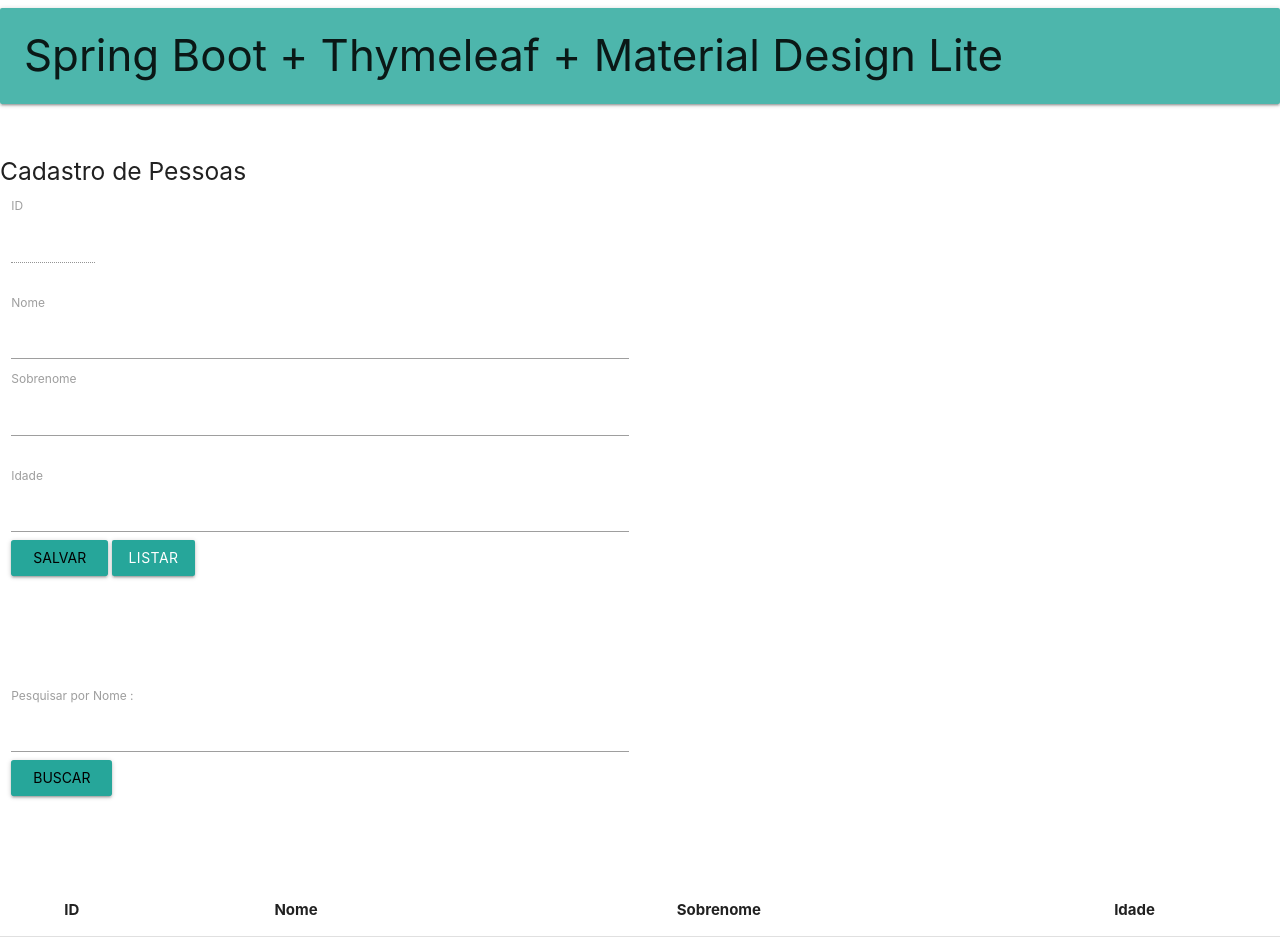
Repository: wendell-comp/Sistema-de-Gestao-de-Pessoas
Page: http://localhost/cadastro/cadastropessoa
The author's editor kept a copy of each file at every save. The page is drawn from the files as they stood at one save, then again after the next save.
The browser window is 1280 px wide. The pictures show the whole page.
The page is this project's Thymeleaf template; nobody is signed in. The template is opened directly, without the code that normally fills it, so the values that code supplies are empty.

Above is the page before, as saved 2021-02-09 19:24:24.

### springboot/src/main/resources/templates/cadastro/cadastropessoa.html
<!DOCTYPE html>
<html xmlns="http://www.w3.org/1999/xhtml"
	xmlns:th="http://www.thymeleaf.org">

<head>
<meta charset="UTF-8">
<title>Formulario Java</title>


<link href="https://fonts.googleapis.com/icon?family=Material+Icons"
	rel="stylesheet">
<link type="text/css" rel="stylesheet"
	href="/materialize/css/materialize.css" media="screen,projection" />
<link type="text/css" rel="stylesheet" href="materialize.min.css"
	media="screen,projection" />

</head>
<body>
	<h3 class="card-panel teal lighten-2">Spring Boot + Thymeleaf + Material Design Lite</h3>
	<br />
	<h5>Cadastro de Pessoas</h5>

	<div class="row">
		<form action="salvarpessoa" method="post" th:object="${pessoaobj}" class="col s12">

			<div class="row">
				<div class="input-fiel col s1">
					<label for="id" class="active">ID</label>
					<input name="id" th:field="*{id}" readonly="readonly">
				</div>
			</div>

			<div class="row">
				<div class="input-fiel col s6">
					<label for="nome" class="active">Nome</label>
					<input name="nome" th:field="*{nome}">

					<label for="sobrenome" class="active">Sobrenome</label>
					<input name="sobrenome" th:field="*{sobrenome}">
				</div>
			</div>

			<div class="row">
				<div class="input-fiel col s6">
					<label for="idade" class="active">Idade</label>
					<input name="idade" th:field="*{idade}" id="idade">
					<input class="waves-effect waves-light btn" type="submit" value="Salvar">
					<a href="/listaspessoas" class="waves-effect waves-light btn">Listar</a>
				</div>
			</div>


		</form>
	</div>

	<br />
	<br />
	<br />

			<div class="row">
				<div class="input-fiel col s6">
					<form action="pesquisarpessoa" method="post">
					<label>Pesquisar por Nome : </label> <input name="nomepesquisa">
					<input class="waves-effect waves-light btn" type="submit"
				value="Buscar">
			</form>
				</div>
	     	</div>
	<br />
	<br />
	<br />
	<table class="centered">
		<thead>
			<tr>
				<th>ID</th>
				<th>Nome</th>
				<th>Sobrenome</th>
				<th>Idade</th>
			</tr>
		</thead>
		<tr th:each="pessoa : ${pessoas}">
			<td th:text="${pessoa.id}"></td>
			<td th:text="${pessoa.nome}"></td>
			<td th:text="${pessoa.sobrenome}"></td>
			<td th:text="${pessoa.idade}"></td>
			<td><a
				th:href="@{/editarpessoa/{idpessoa}(idpessoa=${pessoa.id})}">Editar</a></td>
			<td><a
				th:href="@{/removerpessoa/{idpessoa}(idpessoa=${pessoa.id})}">Excluir</a></td>
		</tr>

	</table>



	<script type="text/javascript" src="materialize/js/materialize.js"></script>
	<script type="text/javascript" src="materialize/js/materialize.min.js"></script>
</body>
</html>

Loaded but not shown: springboot/src/main/resources/static/materialize/css/materialize.css (library); springboot/src/main/resources/static/materialize/js/materialize.js (library); springboot/src/main/resources/static/materialize/js/materialize.min.js (library); springboot/src/main/resources/static/materialize/css/materialize.min.css (library)

After the next save:
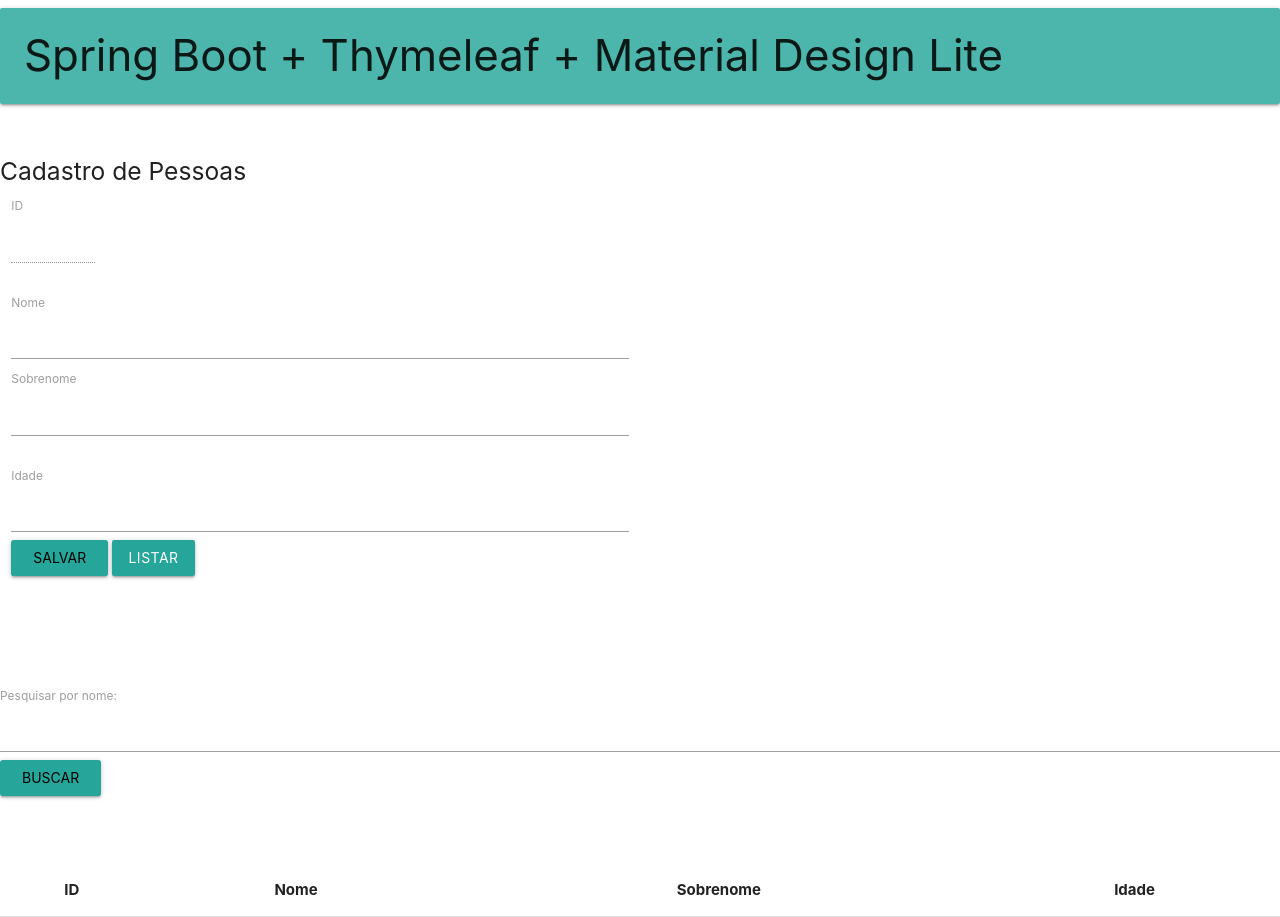
Saved 2 min 21 s later.
--- a/springboot/src/main/resources/templates/cadastro/cadastropessoa.html
+++ b/springboot/src/main/resources/templates/cadastro/cadastropessoa.html
@@ -57,15 +57,13 @@
 	<br />
 	<br />
 
-			<div class="row">
-				<div class="input-fiel col s6">
-					<form action="pesquisarpessoa" method="post">
-					<label>Pesquisar por Nome : </label> <input name="nomepesquisa">
-					<input class="waves-effect waves-light btn" type="submit"
-				value="Buscar">
-			</form>
-				</div>
-	     	</div>
+
+	<form action="pesquisarpessoa" method="post">
+		<label>Pesquisar por nome: </label> <input name="nomepesquisa">
+		<input class="waves-effect waves-light btn" type="submit"
+			value="Buscar">
+	</form>
+
 	<br />
 	<br />
 	<br />
